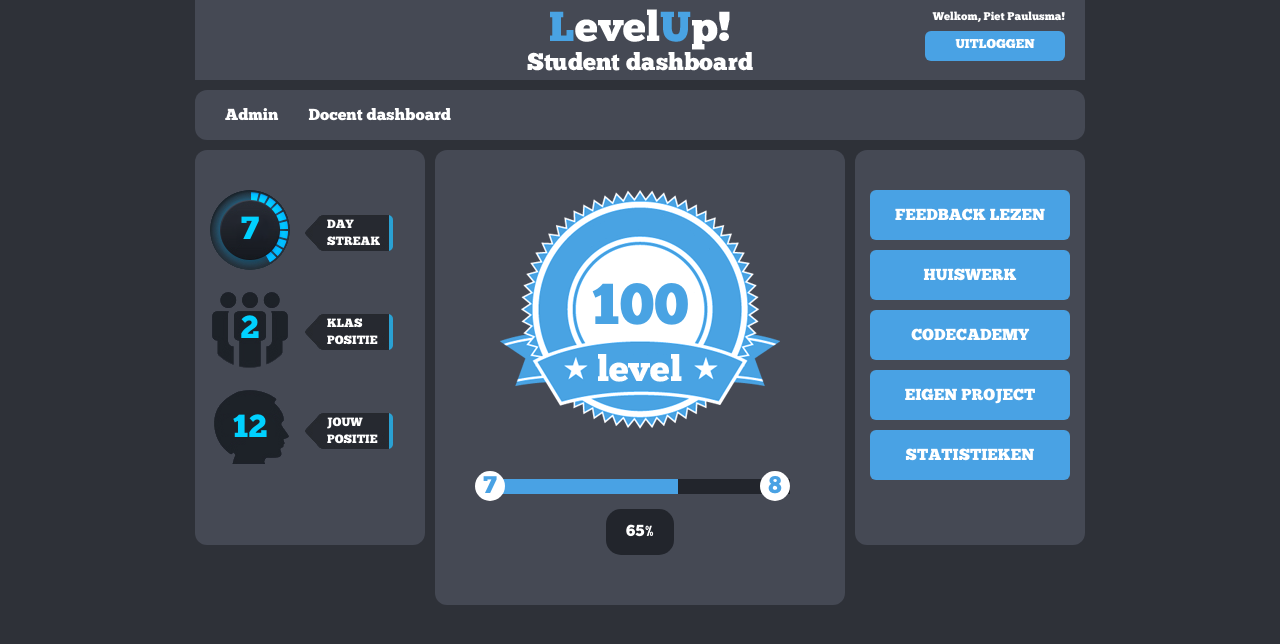
Repository: boblanckenburg/levelup
Page: website/src/docentview.html
An editor plug-in stored every save of this project. The page is shown before and after the next save, followed by the edit.
The browser window is 1280 px wide. The pictures show the whole page.

Above is the page before, as saved 2014-10-16 12:52:41.

### website/src/docentview.html
<!doctype html>
<html class="no-js" id="html" lang="">
    <head>
        <meta charset="utf-8">
        <meta http-equiv="X-UA-Compatible" content="IE=edge">
        <title>LevelUp</title>
        <meta name="description" content="">
        <meta name="viewport" content="width=device-width, initial-scale=1">

        <!-- Place favicon.ico and apple-touch-icon(s) in the root directory -->

        <link rel="stylesheet" href="css/docentview.css">
        <script src="js/main.js"></script>
        <script src="js/vendor/modernizr-2.8.3.min.js"></script>
    </head>
    <body>
        <!--[if lt IE 8]>
            <p class="browsehappy">You are using an <strong>outdated</strong> browser. Please <a href="http://browsehappy.com/">upgrade your browser</a> to improve your experience.</p>
        <![endif]-->

		<div class="dashboard">
			<section class="header">
				<div id="welcome">
					<p>Welkom, Piet Paulusma!</p>
					<a href="">UITLOGGEN</a>
				</div>
			</section>
			<section class="menu">
				<a>Admin</a>
				<a>Docent dashboard</a>
			</section>
			<div class="content">

				<section class="streaks">
					<div class="streakitem">
						<div class="score" id="day">7</div>
						<div class="arrow"><div class="name">DAY STREAK</div></div>
					</div>
					<div class="streakitem">
						<div class="score" id="class">2</div>
						<div class="arrow"><div class="name">KLAS POSITIE</div></div>
					</div>
					<div class="streakitem">
						<div class="score" id="indv">12</div>
						<div class="arrow"><div class="name">JOUW POSITIE</div></div>
					</div>
				</section>

				<section class="levelcounter">
					<div class="image">
						<div class="score">100</div>
					</div>

				<div class="progress-bar">
					<div class="progress-fill"></div>
					<div class="prevlevel">7</div>
				    <div class="nextlevel">8</div>

				    <div class="percentage">65%</div>
				</div>

				</section>

				<section class="actionbar">
					<a>FEEDBACK LEZEN</a>
					<a>HUISWERK</a>
					<a>CODECADEMY</a>
					<a>EIGEN PROJECT</a>
					<a>STATISTIEKEN</a>
				</section>

			</div>
		</div>
    </body>
</html>

### website/src/css/docentview.css
/*
 * What follows is the result of much research on cross-browser styling.
 * Credit left inline and big thanks to Nicolas Gallagher, Jonathan Neal,
 * Kroc Camen, and the H5BP dev community and team.
 */

/* ==========================================================================
   Base styles: opinionated defaults
   ========================================================================== */

/*
bg-gray: #2e3138;
bg-light-gray: #454954;
bg-blue: #49a2e4;
neon-blue: #01d1ff;
*/

html {
    color: #222;
    font-size: 1em;
    line-height: 1.4;
	margin: 0px;
	background: #2e3138;
}

/* ==========================================================================
   Author's custom styles
   ========================================================================== */


@font-face {
    font-family: chunkfivefont;
    src: url(Chunkfive.otf);
}


body {
    font-family: chunkfivefont;
    color: white;
    height:100%;
	margin: 0px;
}

.dashboard, .content
{
	height:100%;
	width:100%;
}

.header
{
    background: #454953;
	width: 890px;
	height:80px;
	margin: 0px auto 0px auto;

	background-image: url('../img/dashboardlogo.png');
	background-position: center;
	background-repeat: no-repeat;
	background-color: #454954;
}

.header #welcome
{
	width: 200px;
	float:right;
	color: white;
	margin 0px auto 0px auto;
	padding: 0px 10px 0px 0px;
}

.header #welcome p
{
	float: right;
	display: block;
	font-size: 0.7em;
	margin: 10px 10px 5px 0px;
}

.header #welcome a
{
	float: right;
	display: block;
	height:20px;
	width: 100px;
	text-align: center;
	font-size: 0.8em;
	color: white;
	text-decoration: none;
	padding:5px 20px 5px 20px;
	margin: 0px 10px 0px 0px;

	background-color: #49a2e4;
	border-radius: 6px;
}

.menu
{
    background: #2e3138;
	width:890px;
	height:50px;
	margin: 10px auto 5px auto;
	background: #454954;
	border-radius: 12px;
}

.menu a
{
	display: block;
	float:left;
	height: 35px;
	text-align: center;
	padding: 15px 0px 0px 30px;
}

.menu a:hover
{
	color: #49a2e4;
}

.content {
	width:900px;
	height:400px;
	margin:0px auto 0px auto;
}

.streaks, .actionbar {
	width:200px;
	height:85%;
	float:left;
	background: #454954;
	border-radius: 12px;
	margin:5px;
	padding: 40px 15px 15px 15px;
}

.streakitem
{
	float: left;
	margin: 0px auto 0px auto;
}

.streakitem .score
{
	font-size: 2em;
	color: #00d1ff;
	float:left;
	width: 80px;
	height: 80px;
	padding-top: 19px;
	text-align: center;
}

.streakitem .arrow
{
	float: left;
	width: 88px;
	height: 36px;
	padding: 50px 0px 0px 30px;

	background-image: url('../img/streakarrow.png');
	background-position: center;
	background-repeat: no-repeat;
}

.streakitem .name
{
	margin-top: -33px;
	margin-left: -3px;
	padding: 10px;
	font-size: 0.75em;
	color: white;
}

.streakitem #day
{
	background-image: url('../img/streakday.png');
	background-repeat: no-repeat;
}

.streakitem #class
{
	background-image: url('../img/streakclass.png');
	background-repeat: no-repeat;
}

.streakitem #indv
{
	background-image: url('../img/streakindv.png');
	background-repeat: no-repeat;
}

.levelcounter
{
	width:380px;
	height:100%;
	float:left;

	background-color: #454954;

	border-radius: 12px;
	margin:5px;
	padding: 40px 15px 15px 15px;
}

.levelcounter .image
{
	display:block;
	float: left;
	width: 380px;
	height: 239px;
	background-image: url('../img/levelcounterbg.png');
	background-repeat: no-repeat;
	background-position: center;
	margin: 0px auto 0px auto;
}



.progress-bar {
	display: block;
	float: left;
    background-color: #22252c;
    height: 15px;
    width: 300px;
    margin: 50px 40px 0px 40px;
}

.progress-fill {
    height: 15px;
    width: 65%;
    background-color: #49a2e4;
    margin: 0px -7px 0px -7px;
}

.prevlevel {
	float:left;
	width: 30px;
	height: 30px;
	border-radius:15px;
	background-color: white;
	margin: -23px 0px 0px -15px;

	text-align: center;
	font-size: 1.5em;
    color: #49a2e4;
}

.nextlevel {
	float:right;
	width: 30px;
	height: 30px;
	border-radius:15px;
	background-color: white;
	margin: -23px 0px 0px 15px;

	text-align: center;
	font-size: 1.5em;
    color: #49a2e4;
}

.percentage
{
	margin: 0px auto 0px auto;
	text-align: center;
	font-size: 1em;

	width: 60px;
	height: 30px;

	color: white;
	margin-top: 15px;
	padding: 12px 4px 4px 4px;
	background-color: #22252c;
	border-radius:15px;
}


.levelcounter .score
{
	margin: 80px auto 0px auto;
	color: #49a3e3;
	text-align: center;
	font-size: 3.6em;
}

.actionbar a
{
	display: block;
	float:left;
	height: 35px;
	width: 100%;
	text-align: center;
	font-size: 1em;
	padding-top:15px;

	background-color: #49a2e4;
	border-radius: 6px;
	margin-bottom: 10px;
}

.actionbar a:hover
{
	font-size:1.1em;
}


/* ==========================================================================
   Helper classes
   ========================================================================== */

/*
 * Hide visually and from screen readers: h5bp.com/u
 */

.hidden {
    display: none !important;
    visibility: hidden;
}

/*
 * Hide only visually, but have it available for screen readers: h5bp.com/v
 */

.visuallyhidden {
    border: 0;
    clip: rect(0 0 0 0);
    height: 1px;
    margin: -1px;
    overflow: hidden;
    padding: 0;
    position: absolute;
    width: 1px;
}

/*
 * Extends the .visuallyhidden class to allow the element to be focusable
 * when navigated to via the keyboard: h5bp.com/p
 */

.visuallyhidden.focusable:active,
.visuallyhidden.focusable:focus {
    clip: auto;
    height: auto;
    margin: 0;
    overflow: visible;
    position: static;
    width: auto;
}

/*
 * Hide visually and from screen readers, but maintain layout
 */

.invisible {
    visibility: hidden;
}

/*
 * Clearfix: contain floats
 *
 * For modern browsers
 * 1. The space content is one way to avoid an Opera bug when the
 *    `contenteditable` attribute is included anywhere else in the document.
 *    Otherwise it causes space to appear at the top and bottom of elements
 *    that receive the `clearfix` class.
 * 2. The use of `table` rather than `block` is only necessary if using
 *    `:before` to contain the top-margins of child elements.
 */

.clearfix:before,
.clearfix:after {
    content: " "; /* 1 */
    display: table; /* 2 */
}

.clearfix:after {
    clear: both;
}

/* ==========================================================================
   EXAMPLE Media Queries for Responsive Design.
   These examples override the primary ('mobile first') styles.
   Modify as content requires.
   ========================================================================== */

@media only screen and (min-width: 35em) {
    /* Style adjustments for viewports that meet the condition */
}

@media print,
       (-o-min-device-pixel-ratio: 5/4),
       (-webkit-min-device-pixel-ratio: 1.25),
       (min-resolution: 120dpi) {
    /* Style adjustments for high resolution devices */
}

/* ==========================================================================
   Print styles.
   Inlined to avoid the additional HTTP request: h5bp.com/r
   ========================================================================== */

@media print {
    *,
    *:before,
    *:after {
        background: transparent !important;
        color: #000 !important; /* Black prints faster: h5bp.com/s */
        box-shadow: none !important;
        text-shadow: none !important;
    }

    a,
    a:visited {
        text-decoration: underline;
    }

    a[href]:after {
        content: " (" attr(href) ")";
    }

    abbr[title]:after {
        content: " (" attr(title) ")";
    }

    /*
     * Don't show links that are fragment identifiers,
     * or use the `javascript:` pseudo protocol
     */

    a[href^="#"]:after,
    a[href^="javascript:"]:after {
        content: "";
    }

    pre,
    blockquote {
        border: 1px solid #999;
        page-break-inside: avoid;
    }

    thead {
        display: table-header-group; /* h5bp.com/t */
    }

    tr,
    img {
        page-break-inside: avoid;
    }

    img {
        max-width: 100% !important;
    }

    p,
    h2,
    h3 {
        orphans: 3;
        widows: 3;
    }

    h2,
    h3 {
        page-break-after: avoid;
    }
}

### website/src/js/main.js

//set up height of the html element so 100% height spans the entire screen
document.getElementById("html").style.height=window.innerHeight+"px";

Loaded but not shown: website/src/js/vendor/modernizr-2.8.3.min.js (library)

After the next save:
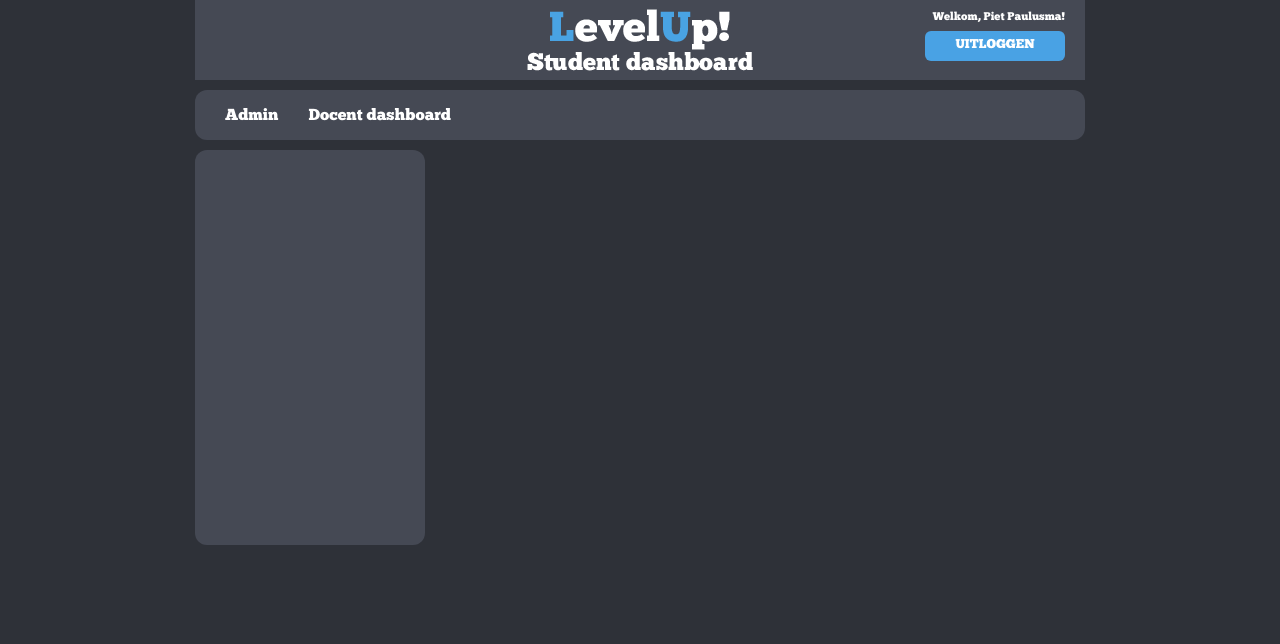
Saved 45 s later.
--- a/website/src/docentview.html
+++ b/website/src/docentview.html
@@ -32,41 +32,6 @@
 			<div class="content">
 
 				<section class="streaks">
-					<div class="streakitem">
-						<div class="score" id="day">7</div>
-						<div class="arrow"><div class="name">DAY STREAK</div></div>
-					</div>
-					<div class="streakitem">
-						<div class="score" id="class">2</div>
-						<div class="arrow"><div class="name">KLAS POSITIE</div></div>
-					</div>
-					<div class="streakitem">
-						<div class="score" id="indv">12</div>
-						<div class="arrow"><div class="name">JOUW POSITIE</div></div>
-					</div>
-				</section>
-
-				<section class="levelcounter">
-					<div class="image">
-						<div class="score">100</div>
-					</div>
-
-				<div class="progress-bar">
-					<div class="progress-fill"></div>
-					<div class="prevlevel">7</div>
-				    <div class="nextlevel">8</div>
-
-				    <div class="percentage">65%</div>
-				</div>
-
-				</section>
-
-				<section class="actionbar">
-					<a>FEEDBACK LEZEN</a>
-					<a>HUISWERK</a>
-					<a>CODECADEMY</a>
-					<a>EIGEN PROJECT</a>
-					<a>STATISTIEKEN</a>
 				</section>
 
 			</div>
